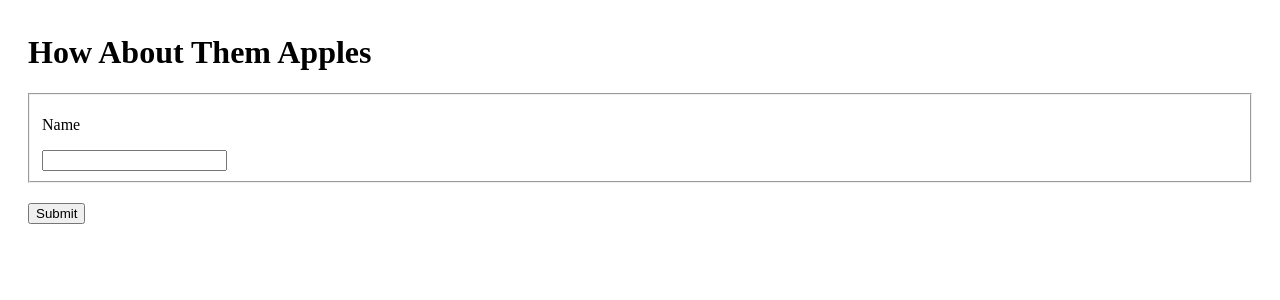
Repository: OmniaRafat232111121/React-js
Page: /
The author's editor kept a copy of each file at every save. The page is drawn from the files as they stood at one save, then again after a run of saves.
The browser window is 1280 px wide. The pictures show the whole page.
The project was rebuilt for these pictures with package versions that can differ from the ones it lists, and the page was loaded fresh each time.

Above is the page before, as saved 2022-07-08 02:58:57.

After the next 3 saves:
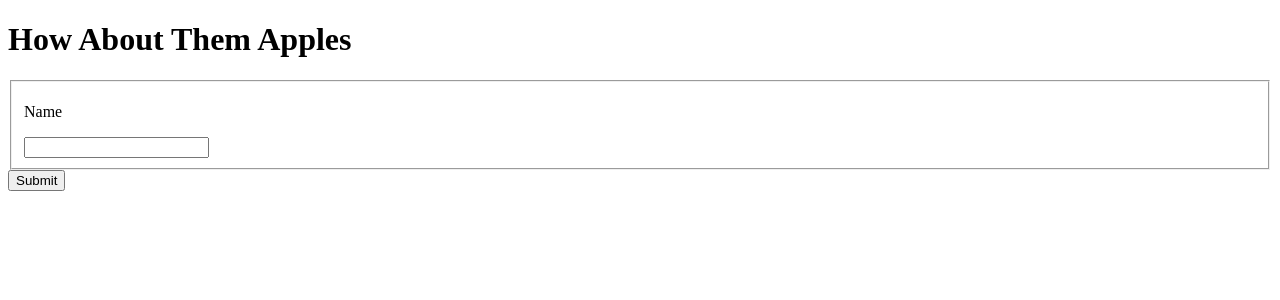
The 3 saves are shown as one change because they came seconds apart.
The last was saved 27 s later.
--- a/src/Component/App.js
+++ b/src/Component/App.js
@@ -1,24 +1,4 @@
 import React from 'react'
-// function App(props) {
-
-//   return (
-//     <div className="App">
-//     <h1>Hello {props.brand}</h1>
-//     </div>
-//   );
-
-// }
-
-
-
-// export default App;
-
-
-
-
-
-
-import './App.css';
 
 function App() {
   return(
